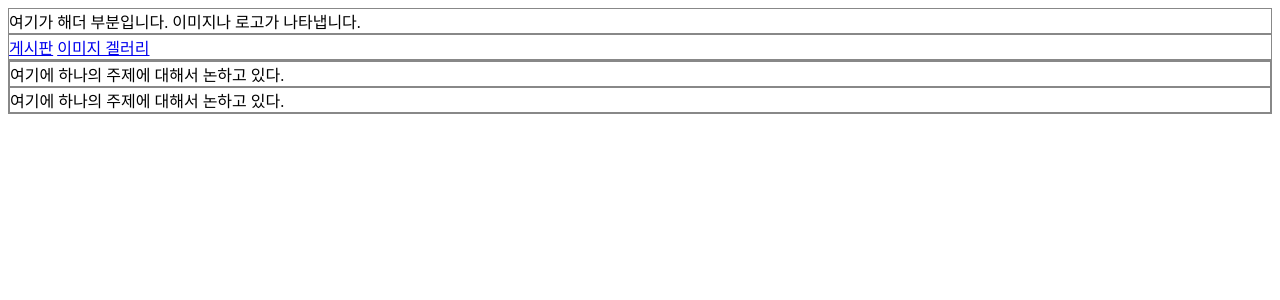
Repository: seokku/java2
Page: workspace/web/ch02basic/WebContent/semantic.html
An editor plug-in stored every save of this project. The page is shown before and after the next save, followed by the edit.
The browser window is 1280 px wide. The pictures show the whole page.

Above is the page before, as saved 2021-02-15 07:30:13.

After the next save:
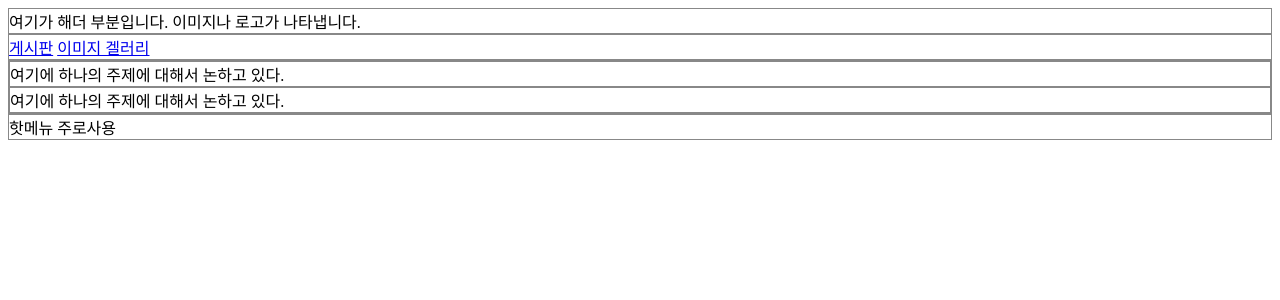
Saved 42 s later.
--- a/workspace/web/ch02basic/WebContent/semantic.html
+++ b/workspace/web/ch02basic/WebContent/semantic.html
@@ -19,5 +19,6 @@ header, nav, section, article, aside, footer{
 	<article>여기에 하나의 주제에 대해서 논하고 있다.</article>
 	<article>여기에 하나의 주제에 대해서 논하고 있다.</article>
 </section>
+<aside>핫메뉴 주로사용</aside>
 </body>
 </html>
